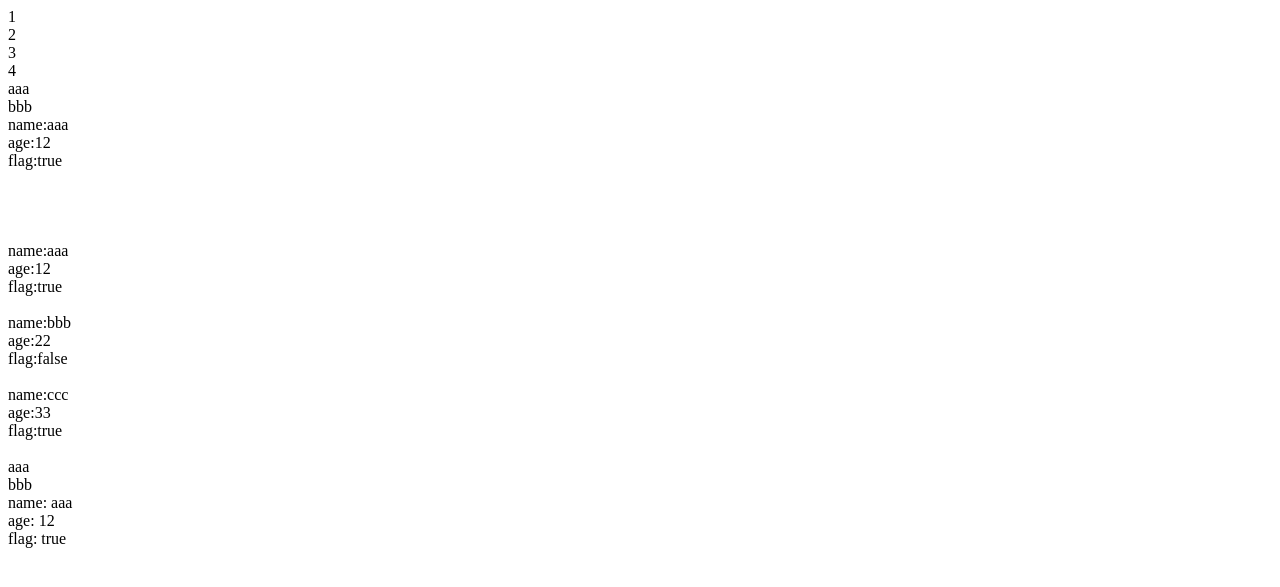
Repository: HmDol/Spring_study
Page: http://localhost/project1/javascript.jsp
An editor plug-in stored every save of this project. The page is shown before and after the next save, followed by the edit.
The browser window is 1280 px wide. The pictures show the whole page.
The page is served by Tomcat 10.

Above is the page before, as saved 2023-09-06 01:21:50.

After the next save:
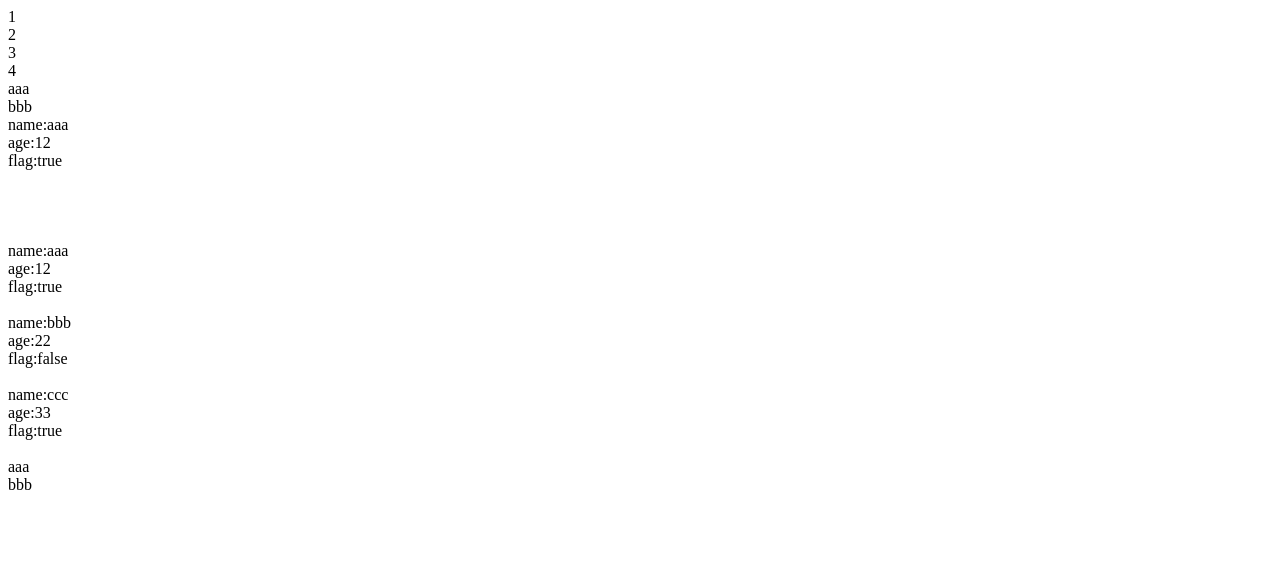
Console error: TypeError: obj is not iterable
Saved 34 s later.
--- a/project1/src/main/webapp/javascript.jsp
+++ b/project1/src/main/webapp/javascript.jsp
@@ -40,11 +40,11 @@
 	document.write("</br>");
 }
 
-for(let s of arr2){
+for(let s of arr2){ // 값을 꺼내옴
 	document.write(s+"</br>");
 }
 
-for(let a in obj){
+for(let a of obj){ // 맴버변수슬 하나씩 꺼내서 씀
 	document.write(a+": "+ obj[a]+"</br>");
 }
 </script>

After the save that followed:
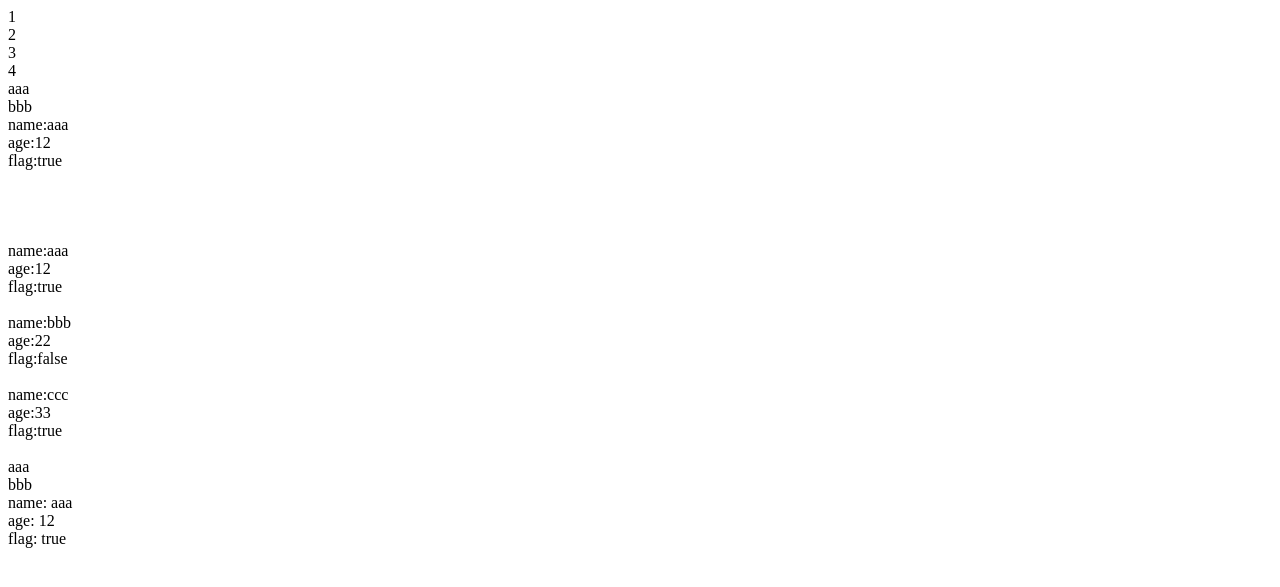
The error is gone.
Saved 6 s later.
--- a/project1/src/main/webapp/javascript.jsp
+++ b/project1/src/main/webapp/javascript.jsp
@@ -44,7 +44,7 @@
 	document.write(s+"</br>");
 }
 
-for(let a of obj){ // 맴버변수슬 하나씩 꺼내서 씀
+for(let a in obj){ // 맴버변수슬 하나씩 꺼내서 씀
 	document.write(a+": "+ obj[a]+"</br>");
 }
 </script>
